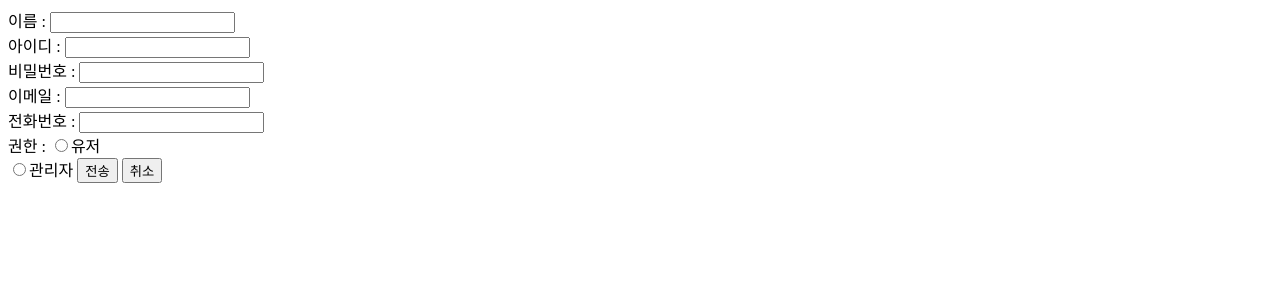
Repository: totesbk/JSP-
Page: http://localhost/web08/form.jsp
The author's editor kept a copy of each file at every save. The page is drawn from the files as they stood at one save, then again after the next save.
The browser window is 1280 px wide. The pictures show the whole page.
The page is served by Tomcat 9.

Above is the page before, as saved 2020-10-13 02:45:40.

After the next save:
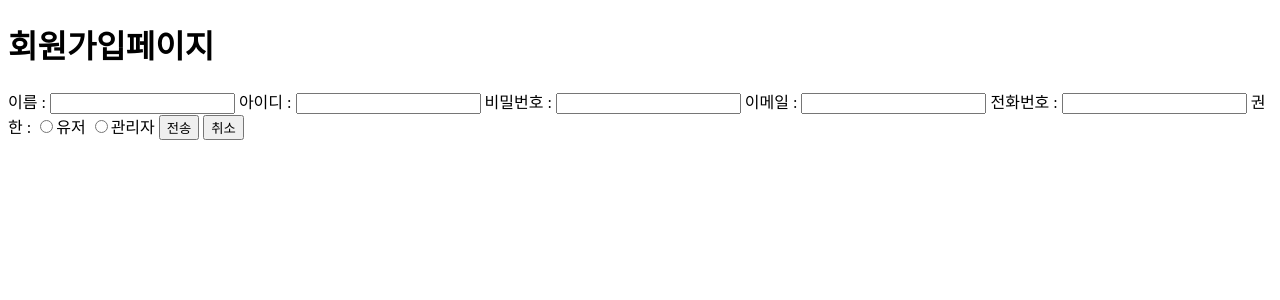
Saved 3 min 29 s later.
--- a/web08/WebContent/form.jsp
+++ b/web08/WebContent/form.jsp
@@ -7,24 +7,25 @@
     <title>Insert title here</title>
   </head>
   <body>
+  <h1>회원가입페이지</h1>
     <form method="get" action="formInsert.jsp">
       <label for="name">이름 :</label>
-      <input type="text" name="name" id="name" /><br />
+      <input type="text" name="name" id="name" />
 
       <label for="userid">아이디 :</label>
-      <input type="text" name="userid" id="userid" /><br />
+      <input type="text" name="userid" id="userid" />
 
       <label for="userpwd">비밀번호 :</label>
-      <input type="password" name="userpwd" id="userpwd" /><br />
+      <input type="password" name="userpwd" id="userpwd" />
 
       <label for="email">이메일 :</label>
-      <input type="email" name="email" id="email" /><br />
+      <input type="email" name="email" id="email" />
 
       <label for="phone">전화번호 :</label>
-      <input type="text" name="phone" id="phone" /><br />
+      <input type="text" name="phone" id="phone" />
 
       <label for="admin">권한 :</label>
-      <input type="radio" name="admin" id="admin" value="0">유저 <br>
+      <input type="radio" name="admin" id="admin" value="0">유저
       <input type="radio" name="admin" id="admin" value="1">관리자
 
       <input type="submit" value="전송" />
